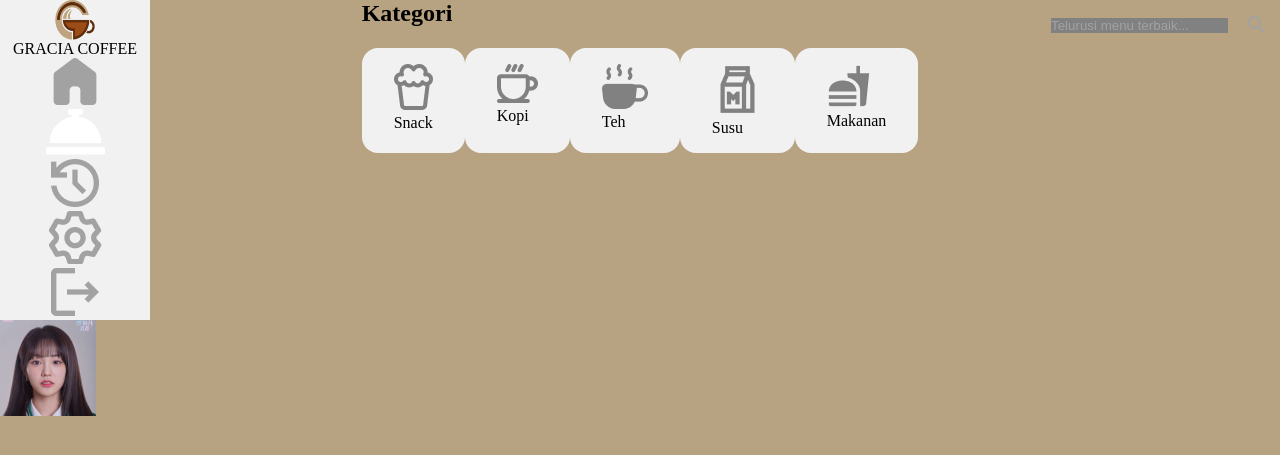
Repository: DanielChuaaa/sbd2
Page: index.html
An editor plug-in stored every save of this project. The page is shown before and after the next save, followed by the edit.
The browser window is 1280 px wide. The pictures show the whole page.
Some web libraries are served in a nearby version.

Above is the page before, as saved 2023-10-20 10:47:14.

### index.html
<!DOCTYPE html>
<html lang="en">
<head>
    <meta charset="UTF-8">
    <meta name="viewport" content="width=device-width, initial-scale=1.0">
    <title>Document</title>
    <link href="https://fonts.googleapis.com/css2?family=Roboto+Mono:wght@400;600;700&display=swap" rel="stylesheet" />
    <link
      rel="stylesheet"
      href="https://cdnjs.cloudflare.com/ajax/libs/font-awesome/6.1.2/css/all.min.css"
      integrity="sha512-1sCRPdkRXhBV2PBLUdRb4tMg1w2YPf37qatUFeS7zlBy7jJI8Lf4VHwWfZZfpXtYSLy85pkm9GaYVYMfw5BC1A=="
      crossorigin="anonymous"
      referrerpolicy="no-referrer"
    />
    <link rel="stylesheet" href="style.css">
</head>
<body>
    <div class="container">
        <div class="grid-wrapper">
            <div class="icon">
                <img src="/assets/logo projek SBD 1.png" width="40px" height="40px" alt="logo">
                <p>GRACIA COFFEE</p>
                <a href="#"><img src="./assets/home.png" alt="home"></a>
                <a href="#"><img src="./assets/menu.png" alt="menu"></a>
                <a href="#"><img src="./assets/history.png" alt="history"></a>
                <a href="#"><img src="./assets/setting.png" alt="setting"></a>

                <a href="#"><img src="./assets/logout.png" alt="logout"></a>
            </div>

            <div class="content">
                <div class="nav">
                    <h2>Kategori</h2>
                    <div class="inputWrapper">
                        <input type="text" name="text" id="text" class="input" placeholder="Telurusi menu terbaik...">
                        <i class="fa-solid fa-magnifying-glass"></i>
                    </div>
                </div>

                <div class="menu">
                    <div class="iconMenu"><a href="#"><img src="./assets/popcorn.png" alt="popcorn"></a>
                        <p>Snack</p>
                    </div>
                    <div class="iconMenu"><a href="#"><img src="./assets/kopi.png" alt="kopi"></a>
                        <p>Kopi</p>
                    </div>
                    <div class="iconMenu"><a href="#"><img src="./assets/teh.png" alt="teh"></a>
                        <p>Teh</p>
                    </div>
                    <div class="iconMenu"><a href="#"><img src="./assets/susu.png" alt="susu"></a>
                        <p>Susu</p>
                    </div>
                    <div class="iconMenu"><a href="#"><img src="./assets/makanan.png" alt="makanan"></a>
                        <p>Makanan</p>
                    </div>
                </div>
            </div>

            <div class="order">
                <img src="/assets/g_8___8_idola_cantik_berbakat_alumni_sm_entertainment_yang_sudah_debut_di_girlgroup_agensi_lain_p_eks_sm_trainee-20220408-001-non_fotografer_kly 1.png" alt="">
            </div>
        </div>
    </div>
</body>
</html>

### style.css
:root{
    --clr-primary-100: #B7A281;

    --clr-neutral-100: #818181;
    --clr-neutral-200: #A2A2A2;
    --clr-neutral-300: #D9D9D9;
    --clr-neutral-400: #F8F8F8;
    --clr-neutral-500:  #f1f1f1;

    --ff: "Roboto Mono", monospace;

    --fw-regular: 400;
    --fw-semi-bold: 600;
    --fw-bold: 700;
}

*{
    box-sizing: border-box;
    margin: 0;
    padding: 0;
}

body{
    background-color: #B7A281;
}

.grid-wrapper{
    display: grid;
    grid-template-columns: 0.5fr auto;
}

.icon{
    background: var(--clr-neutral-500);

    display: flex;
    flex-direction: column;

    align-items: center;
    max-width: 150px;
}

.fa-solid{
    color: var(--clr-neutral-200);
    padding: 1rem;
}


/* content */

.nav{
    display: flex;
    justify-content: space-between;
}

.input{
    background: var(--clr-neutral-100);

    border: none;

}

::placeholder{
    color: var(--clr-neutral-200);
}

.menu{
    display: flex;

}

.iconMenu{
    background: var(--clr-neutral-500);

    padding: 1rem 2rem;
    border-radius: 1rem;
}

After the next save:
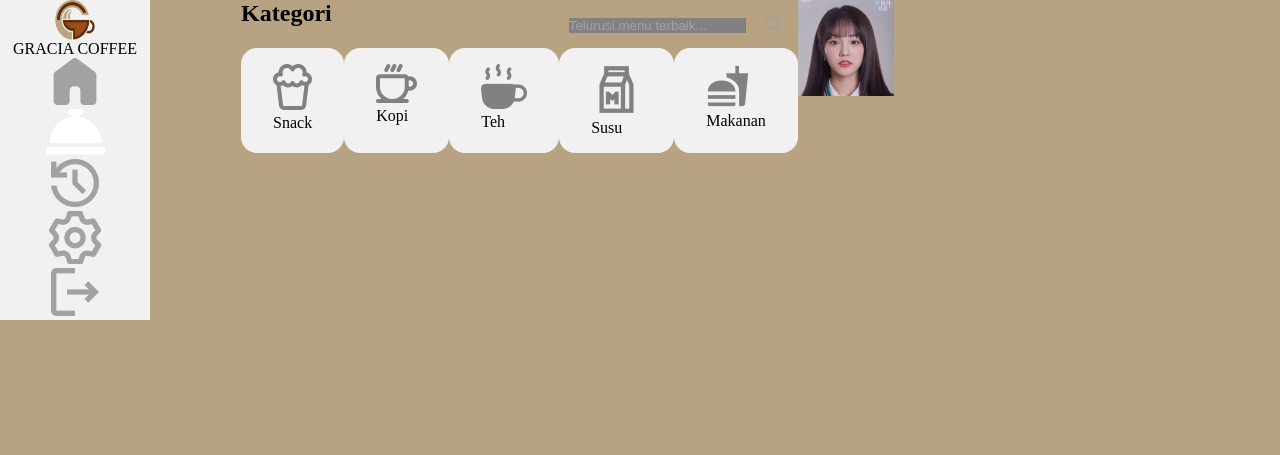
Saved 8 s later.
--- a/style.css
+++ b/style.css
@@ -26,7 +26,7 @@ body{
 
 .grid-wrapper{
     display: grid;
-    grid-template-columns: 0.5fr auto;
+    grid-template-columns: 0.5fr auto 1fr;
 }
 
 .icon{
